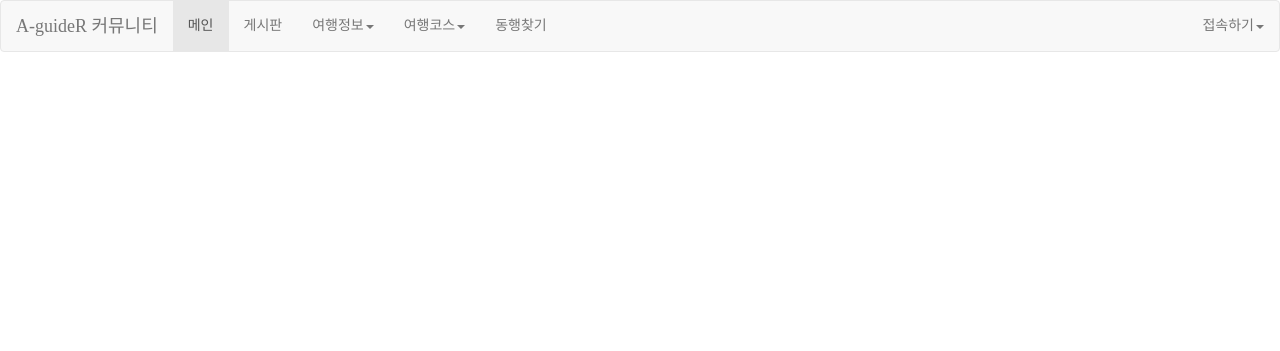
Repository: endol007/TripPuzzle
Page: http://localhost/BBS/domesticcorse.jsp
These files come from the project's save history. The page is drawn as it stood at one moment and after the next save; the edit follows.
The browser window is 1280 px wide. The pictures show the whole page.
Some web fonts or font styles are not loaded; a fallback is used. Some web libraries are served in a nearby version. The page is served by Tomcat 9. Other server files are loaded and not shown.

Above is the page before, as saved 2019-08-21 15:08:51.

### Yun/JSP 커뮤니티/Project/BBS/WebContent/domesticcorse.jsp
<%@ page language="java"
contentType="text/html; charset=UTF-8" pageEncoding="UTF-8"%>
<%@ page import="java.io.PrintWriter" %>
<!DOCTYPE html>
<html>
<head>
<meta http-equiv="Content-Type" content="text/html; charset=UTF-8">
<meta name="viewport" content="width=device-width", initial-scale="1">
<link rel="stylesheet" href="css/bootstrap.css">
<link rel="stylesheet" href="css/custom.css">
<title>A-guideR 커뮤니티 메인</title>
</head>
<body>
<%
String userID = null;
if(session.getAttribute("userID")!=null){
	userID = (String) session.getAttribute("userID");
}
%>
<nav class="navbar navbar-default">
<div class="navbar-header">
<button type="button" class="navbar-toggle collapsed"
data-toggle="collapse" data-target="#bs-example-navbar-collapse-1"
aria-expanded="false">
<span class="icon-bar"></span>
<span class="icon-bar"></span>
<span class="icon-bar"></span>
</button>
<a class="navbar-brand" href="main.jsp">A-guideR 커뮤니티</a>
</div>
<div class="collapse navbar-collapse" id="bs-example-navbar-collapse-1">
<ul class="nav navbar-nav">
<li class="active"><a href="main.jsp">메인</a></li>
<li><a href="bbs.jsp">게시판</a></li>
<li class="dropdown">
<a href="#" class="dropdown-toggle"
data-toggle="dropdown" role="button" aria-haspopup="true"
aria-expanded="false">여행정보<span class="caret"></span></a>
<ul class="dropdown-menu">
<li><a href="inforestaurant.jsp">맛집추천</a></li>
<li><a href="infoattraction.jsp">명소추천</a></li>
</ul>
</li>
<li class="dropdown">
<a href="#" class="dropdown-toggle"
data-toggle="dropdown" role="button" aria-haspopup="true"
aria-expanded="false">여행코스<span class="caret"></span></a>
<ul class="dropdown-menu">
<li><li class="active"><a href="domesticcorse.jsp">국내여행코스추천</a></li>
<li><a href="abroadcorse.jsp">해외여행코스추천</a></li>
</ul>
</li>
<li><a href="findfriend.jsp">동행찾기</a></li>
</ul>
<%
	if(userID==null){
		%>
		<ul class="nav navbar-nav navbar-right">
<li class="dropdown">
<a href="#" class="dropdown-toggle"
data-toggle="dropdown" role="button" aria-haspopup="true"
aria-expanded="false">접속하기<span class="caret"></span></a>
<ul class="dropdown-menu">
<li><a href="login.jsp">로그인</a></li>
<li><a href="join.jsp">회원가입</a></li>
</ul>
</li></ul>
		<%
	} else{
		%>
		<ul class="nav navbar-nav navbar-right">
<li class="dropdown">
<a href="#" class="dropdown-toggle"
data-toggle="dropdown" role="button" aria-haspopup="true"
aria-expanded="false">회원관리<span class="caret"></span></a>
<ul class="dropdown-menu">
<li><a href="logoutAction.jsp">로그아웃</a></li>
</ul>
</li></ul>
		<%
	}
%>
</div>
</nav>
<script src="http://code.jquery.com/jquery-3.1.1.min.js"></script>
<script src=js/bootstrap.js></script>

</body>
</html>

### Yun/JSP 커뮤니티/Project/BBS/WebContent/css/custom.css
@import url(http://fonts.googleapis.com/earlyaccess/nanumgothic.css);
@import url(http://fonts.googleapis.com/earlyaccess/hanna.css);
*{
font-family : 'Nanum Gothic';
}
h1{
	font-family : 'Hanna';
}

Loaded but not shown: Yun/JSP 커뮤니티/Project/BBS/WebContent/css/bootstrap.css (library); Yun/JSP 커뮤니티/Project/BBS/WebContent/js/bootstrap.js (library)

After the next save:
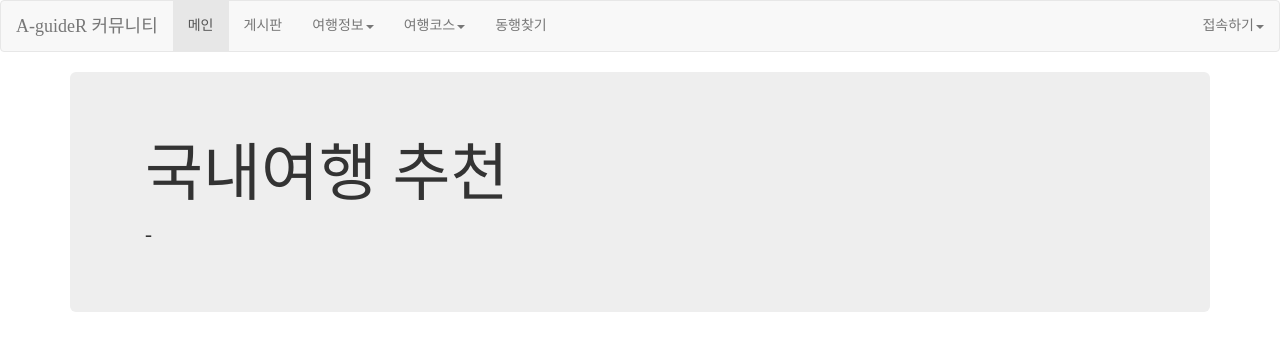
Saved 105 s later.
--- a/Yun/JSP 커뮤니티/Project/BBS/WebContent/domesticcorse.jsp
+++ b/Yun/JSP 커뮤니티/Project/BBS/WebContent/domesticcorse.jsp
@@ -82,6 +82,14 @@
 %>
 </div>
 </nav>
+<div class="container">
+<div class="jumbotron">
+<div class="container">
+<h1>국내여행 추천</h1>
+<p>-</p>
+</div>
+</div>
+</div>
 <script src="http://code.jquery.com/jquery-3.1.1.min.js"></script>
 <script src=js/bootstrap.js></script>
 
